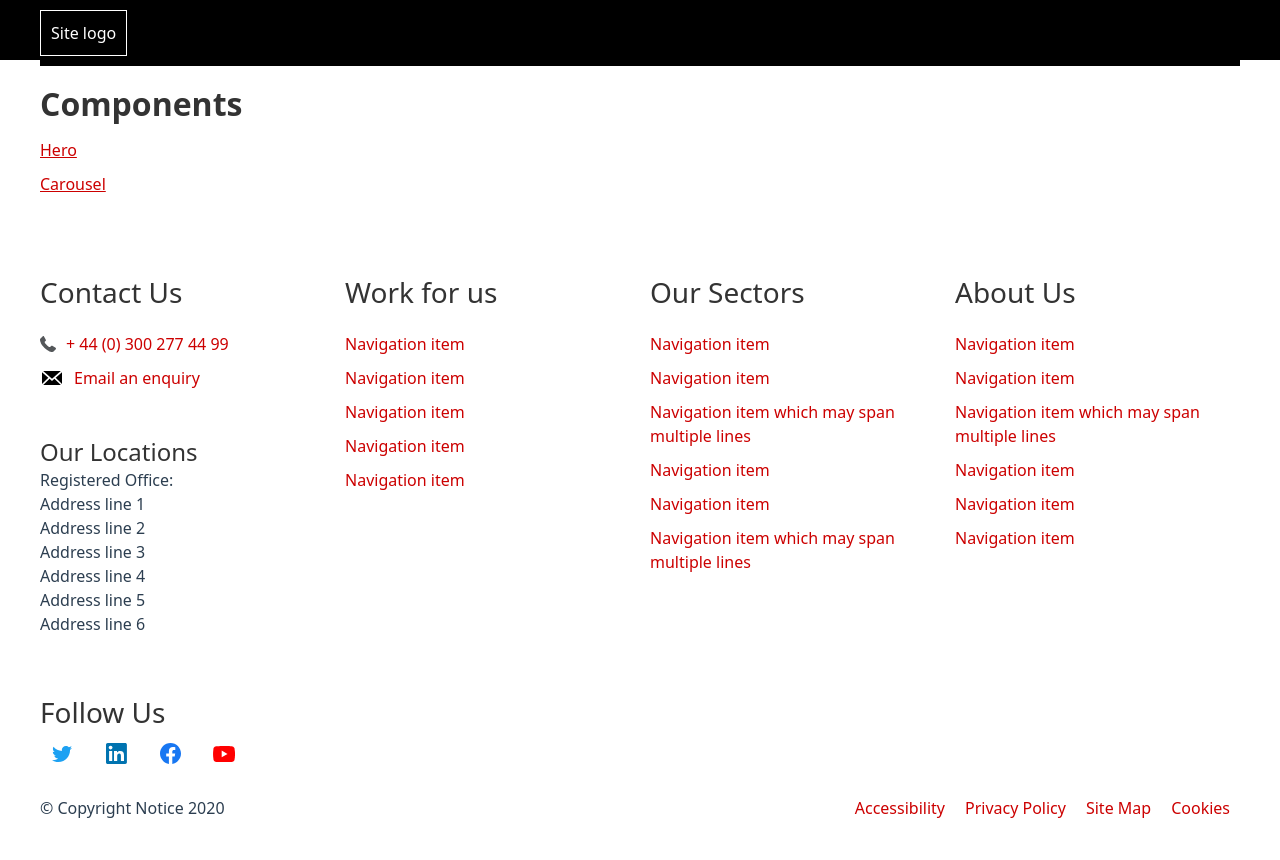
Repository: DaveBaulch/spa
Page: /
The author's editor kept a copy of each file at every save. The page is drawn from the files as they stood at one save, then again after the next save.
The browser window is 1280 px wide. The pictures show the whole page.
The project was rebuilt for these pictures with package versions that can differ from the ones it lists, and the page was loaded fresh each time. Also part of the build but not shown: src/assets/styles/main.css.

Above is the page before, as saved 2020-10-15 08:32:16.

After the next save:
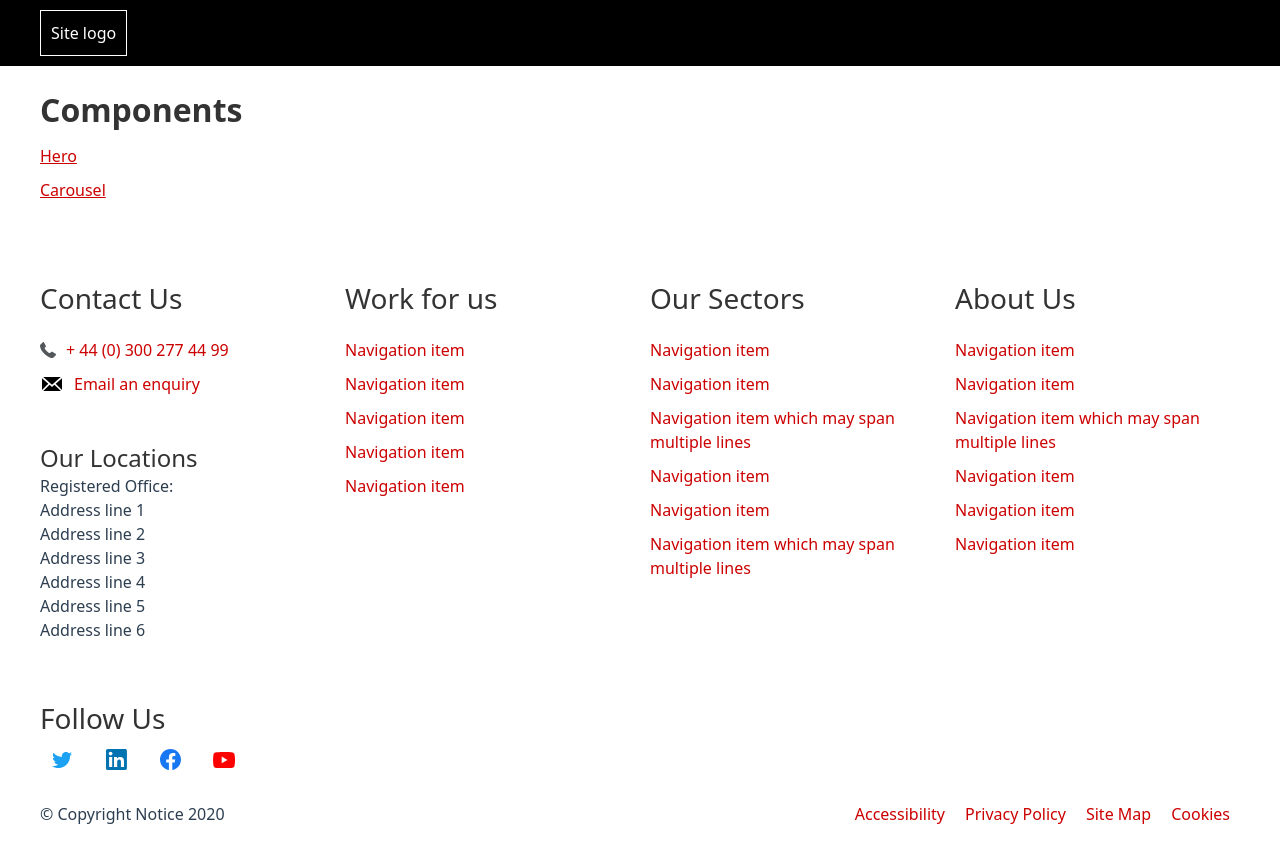
Saved 6 s later.
--- a/src/components/global/TheHeader.vue
+++ b/src/components/global/TheHeader.vue
@@ -34,7 +34,7 @@ export default {
 
 .header-container {
   width: 100%;
-  height: 60px;
+  min-height: 60px;
   background-color: $black;
   position: fixed;
   z-index: 100;
